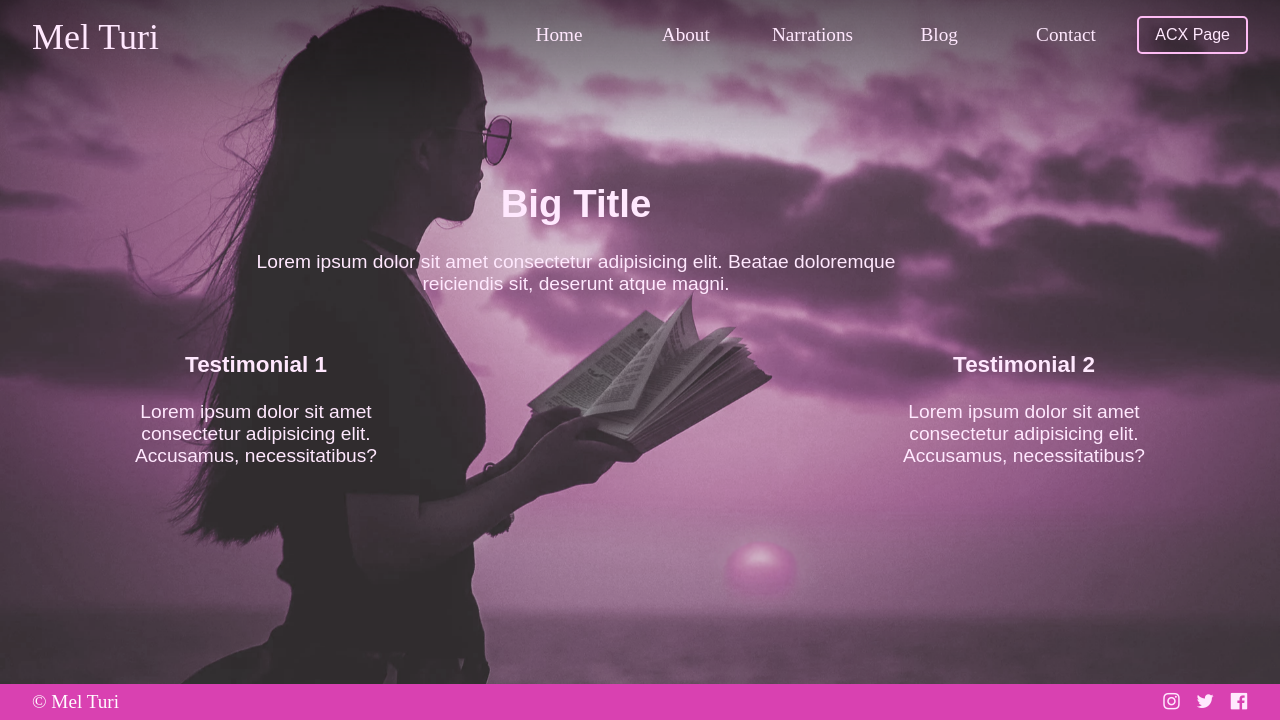
Repository: mel-turi/mel-turi-website
Page: /
An editor plug-in stored every save of this project. The page is shown before and after the next save, followed by the edit.
The browser window is 1280 px wide. The pictures show the whole page.
Some web fonts or font styles are not loaded; a fallback is used. The project was rebuilt for these pictures with package versions that can differ from the ones it lists, and the page was loaded fresh each time.

Above is the page before, as saved 2019-08-23 21:55:37.

After the next save:
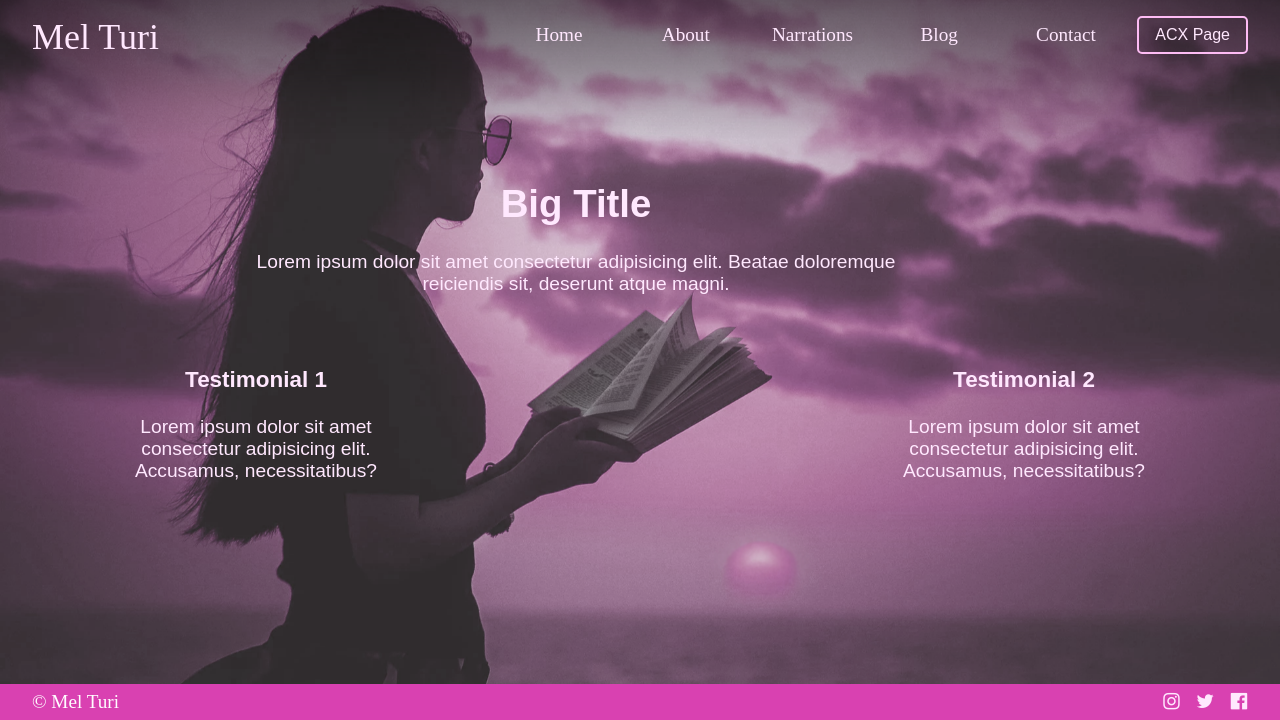
Saved 12 s later.
--- a/src/index.css
+++ b/src/index.css
@@ -128,11 +128,11 @@
 
 .testimonial-1 {
   grid-column: 2 / span 2;
-  grid-row: 3 / span 1;
+  grid-row: 4 / span 1;
 }
 .testimonial-2 {
   grid-column: 8 / span 2;
-  grid-row: 3 / span 1;
+  grid-row: 4 / span 1;
 }
 
 /*

After the save that followed:
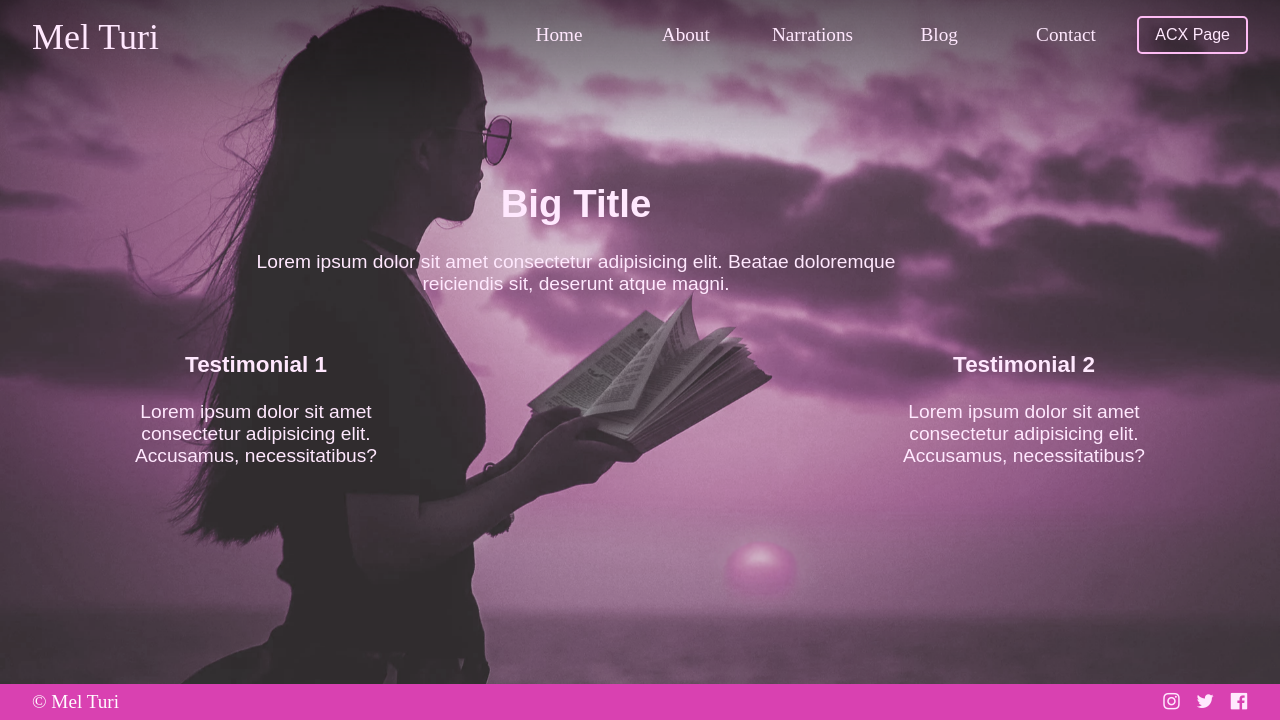
Saved 10 s later.
--- a/src/index.css
+++ b/src/index.css
@@ -128,11 +128,11 @@
 
 .testimonial-1 {
   grid-column: 2 / span 2;
-  grid-row: 4 / span 1;
+  grid-row: 3 / span 1;
 }
 .testimonial-2 {
   grid-column: 8 / span 2;
-  grid-row: 4 / span 1;
+  grid-row: 3 / span 1;
 }
 
 /*
